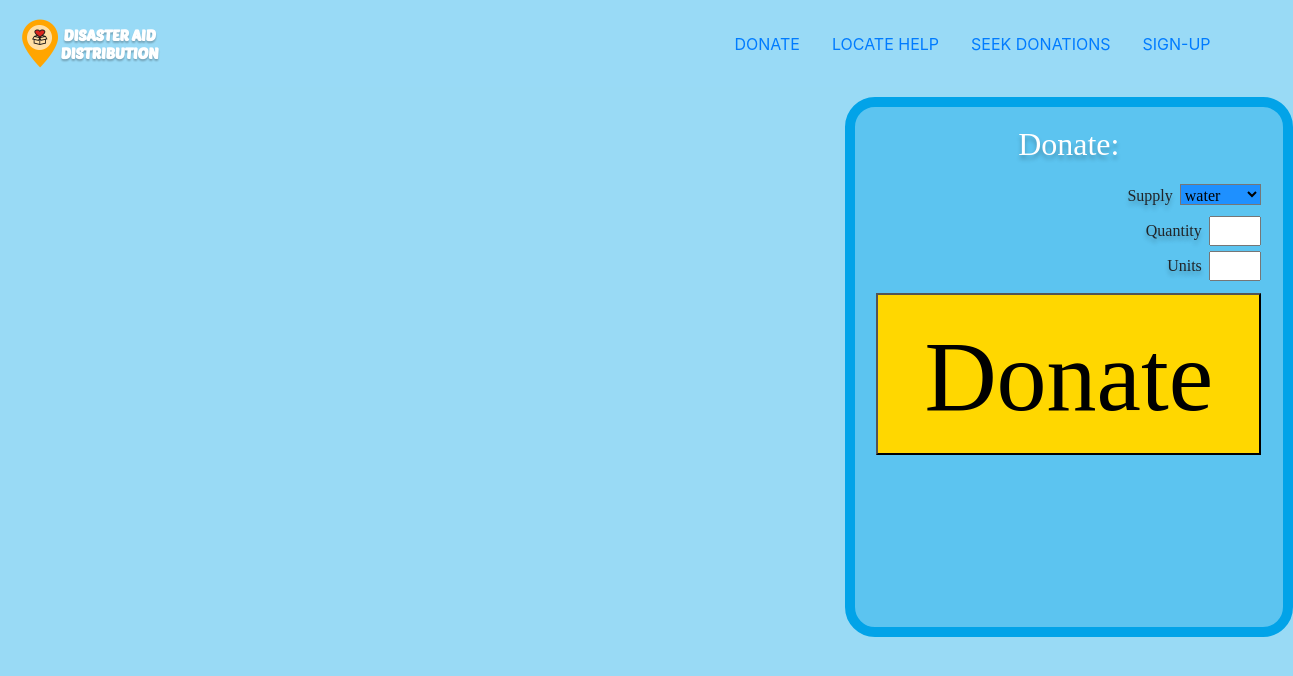
Repository: uprm-inso-4115-2019-2020-S2/semester-project-inso4115-DisasterAid-backend
Page: /donate-modal (app in disaster-aid/)
The author's editor kept a copy of each file at every save. The page is drawn from the files as they stood at one save, then again after the next save.
The browser window is 1280 px wide. The page is 1293 px wide, so the pictures cover 1293 px, including what lies to the right of the window. The pictures show the whole page.
The project was rebuilt for these pictures with package versions that can differ from the ones it lists, and the page was loaded fresh each time. Also part of the build but not shown: disaster-aid/angular.json, disaster-aid/src/app/login/login.component.ts, disaster-aid/src/app/register/register.component.ts, disaster-aid/src/app/home/home.component.ts, disaster-aid/src/app/landing-page/landing-page.component.ts, disaster-aid/src/app/donations/donations.component.ts, disaster-aid/src/app/donations.service.ts.

Above is the page before, as saved 2020-05-09 01:54:07.

After the next save:
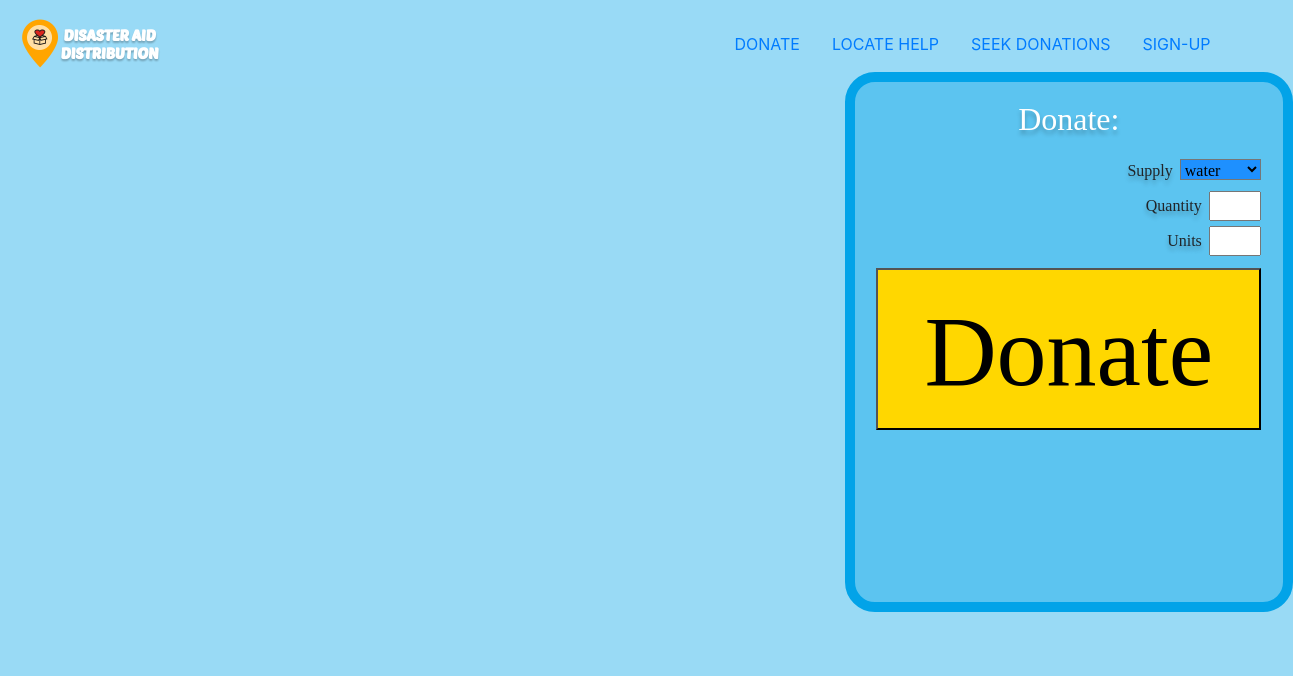
Saved 26 s later.
--- a/disaster-aid/src/app/donate-modal/donate-modal.component.css
+++ b/disaster-aid/src/app/donate-modal/donate-modal.component.css
@@ -3,7 +3,7 @@
     width: 35%;
     height: 75%;
     left: 66%;
-    top: 97px;
+    top: 10%;
     background: rgba(2, 163, 232, 0.4);
     border: 10px solid #02A3E8;
     border-radius: 30px;
